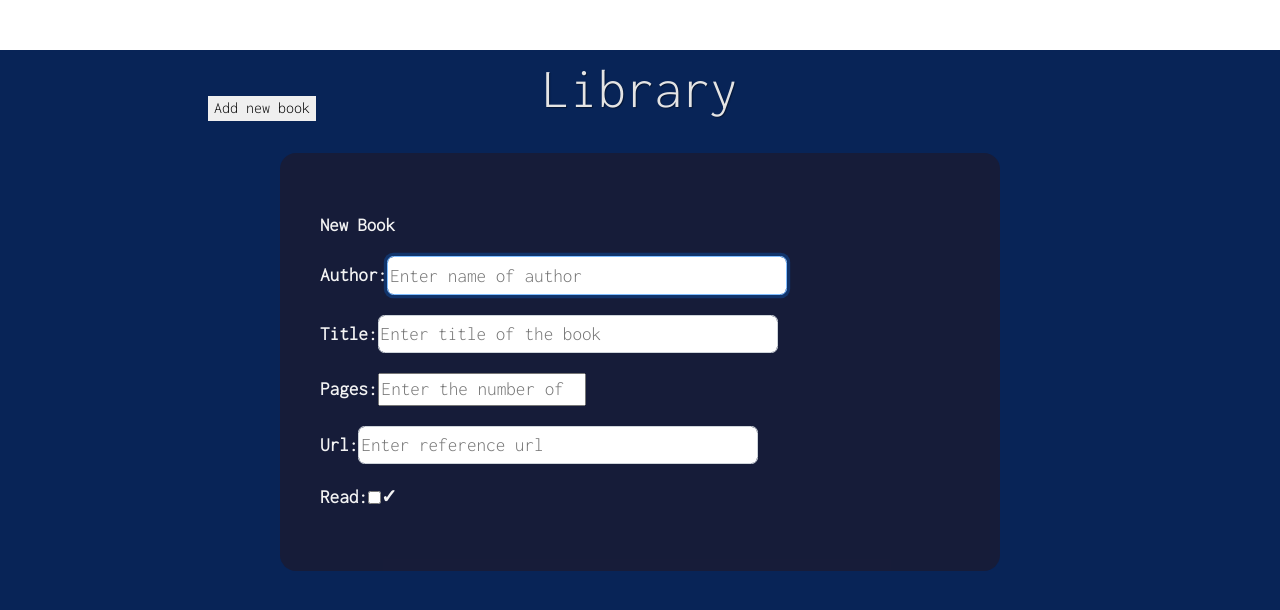
Repository: 0101chaitanya/Library
Page: index.html
The author's editor kept a copy of each file at every save. The page is drawn from the files as they stood at one save, then again after the next save.
The browser window is 1280 px wide. The pictures show the whole page.
The first visible `.textBox` has the focus.

Above is the page before, as saved 2021-06-03 18:45:41.

After the next save:
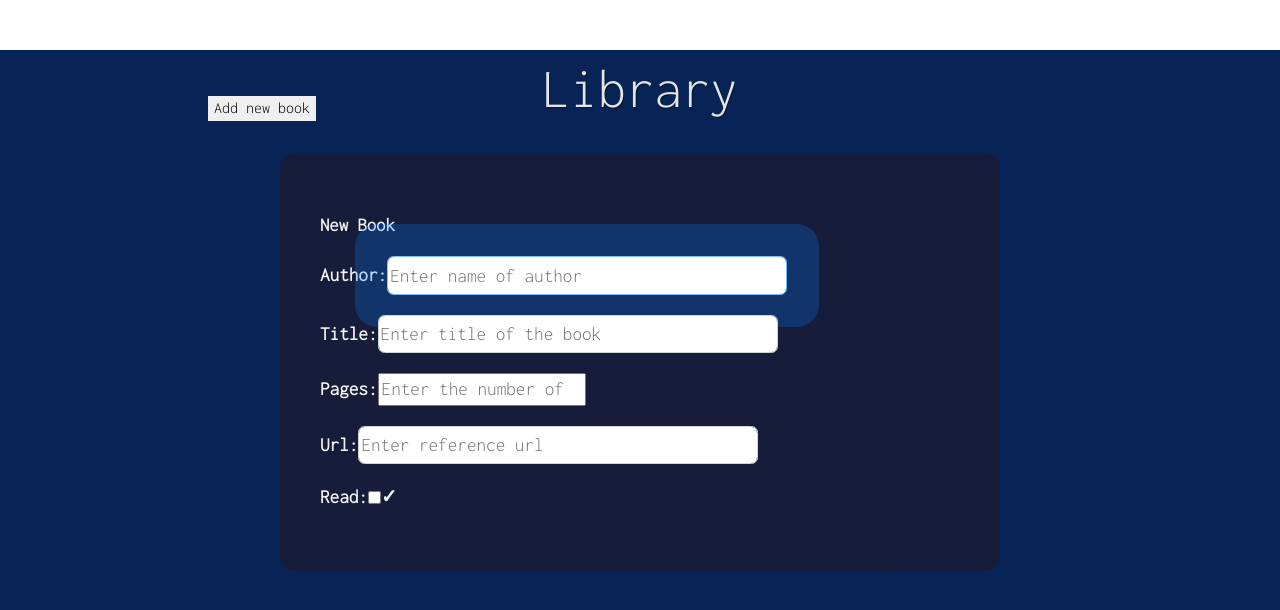
Saved 27 min 32 s later.
--- a/styles.css
+++ b/styles.css
@@ -138,7 +138,7 @@ form {
 .textBox:focus {
     border-color: #80bdff;
     outline: 0;
-    box-shadow: 0 0 0 0.2rem rgba(0, 123, 255, 0.25);
+    box-shadow: 0 0 0 2rem rgba(0, 123, 255, 0.25);
 }
 
 
